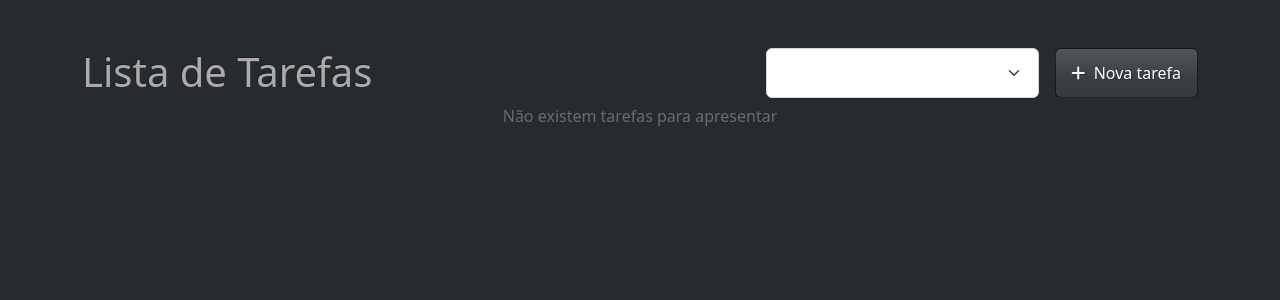
Repository: cargugati/lista_tarefas
Page: frontEnd/index.html
These files come from the project's save history. The page is drawn as it stood at one moment and after the next save; the edit follows.
The browser window is 1280 px wide. The pictures show the whole page.

Above is the page before, as saved 2023-03-16 10:29:01.

### frontEnd/index.html
<!DOCTYPE html>
<html lang="pt-br">

<head>
  <meta charset="UTF-8">
  <meta http-equiv="X-UA-Compatible" content="IE=edge">
  <meta name="viewport" content="width=device-width, initial-scale=1.0">
  <title>Lista de Tarefas</title>
  <link rel="stylesheet" href="/assets/css/bootstrap.min.css">
  <link rel="stylesheet" href="/assets/fontawesome/css/all.min.css">
  <link rel="shortcut icon" href="/assets/images/favicon.png" type="image/png">
</head>

<body>
  <div class="container my-5">
    <div class="row">
      <div class="col">
        <h1>Lista de Tarefas</h1>
      </div>
      <div class="col text-end">
        <div class="d-flex justify-content-end">
          <select id="select_filter" class="form-select w-50 me-3">
            <option value=""></option>
            <option value="1">1</option>
          </select>
          <a href="new_task.html" class="btn btn-primary"><i class="fa-solid fa-plus me-2"></i>Nova tarefa</a>
        </div>
      </div>
    </div>

    <div class="row" id="no_tasks">
      <div class="col text-center">
      <span class="opacity-50">Não existem tarefas para apresentar</span>
      </div>
    </div>
  </div>


  <script src="assets/js/bootstrap.bundle.min.js"></script>
</body>

</html>

Loaded but not shown: frontEnd/assets/css/bootstrap.min.css (library); frontEnd/assets/fontawesome/css/all.min.css (library); frontEnd/assets/js/bootstrap.bundle.min.js (library)

After the next save:
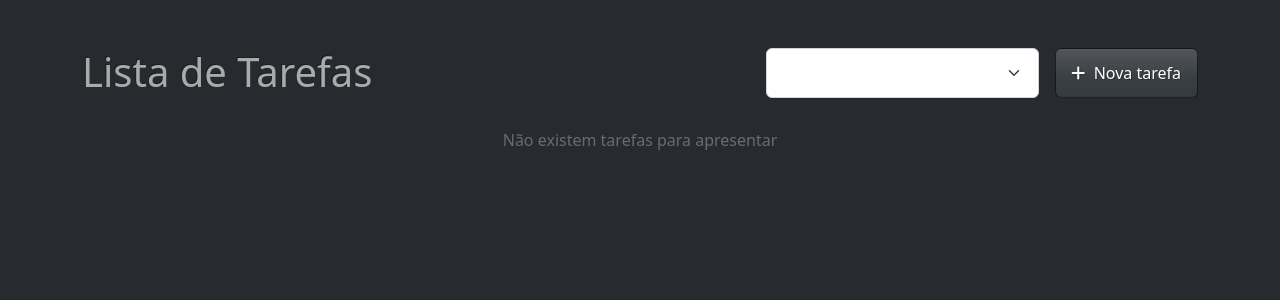
Saved 25 s later.
--- a/frontEnd/index.html
+++ b/frontEnd/index.html
@@ -13,7 +13,7 @@
 
 <body>
   <div class="container my-5">
-    <div class="row">
+    <div class="row mb-4">
       <div class="col">
         <h1>Lista de Tarefas</h1>
       </div>
